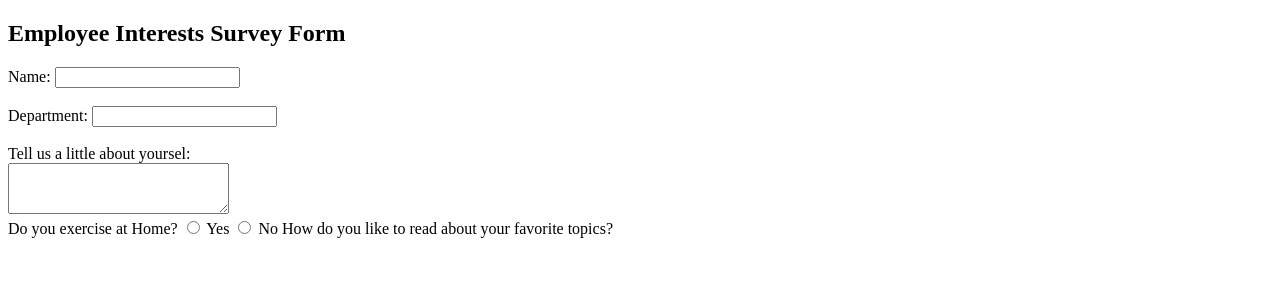
Repository: JoaoLemesDEV/Exercise-Survey-Form
Page: index.html
The author's editor kept a copy of each file at every save. The page is drawn from the files as they stood at one save, then again after the next save.
The browser window is 1280 px wide. The pictures show the whole page.

Above is the page before, as saved 2021-10-10 18:27:39.

After the next save:
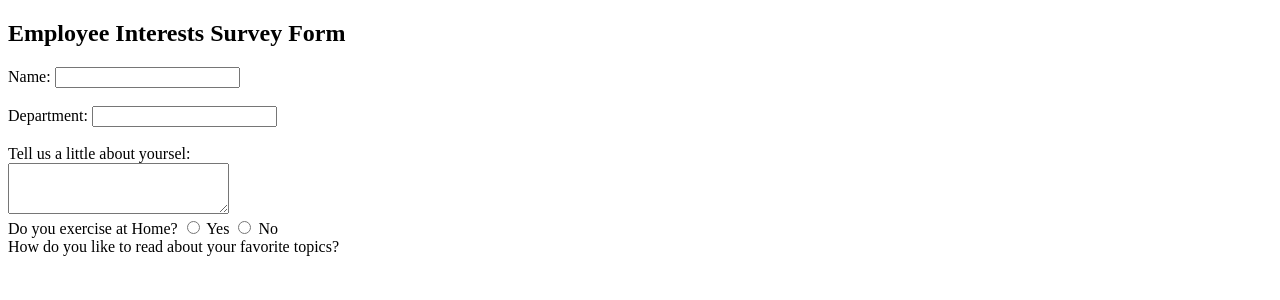
Saved 5 s later.
--- a/index.html
+++ b/index.html
@@ -18,7 +18,7 @@
     <input type="radio" name="question01" id="question01">
       <label for="question01">Yes</label>
     <input type="radio" name="question01" id="question01">
-      <label for="question01">No</label>
+      <label for="question01">No</label><br>
   <label for="">How do you like to read about your favorite topics?</label>
 
 
